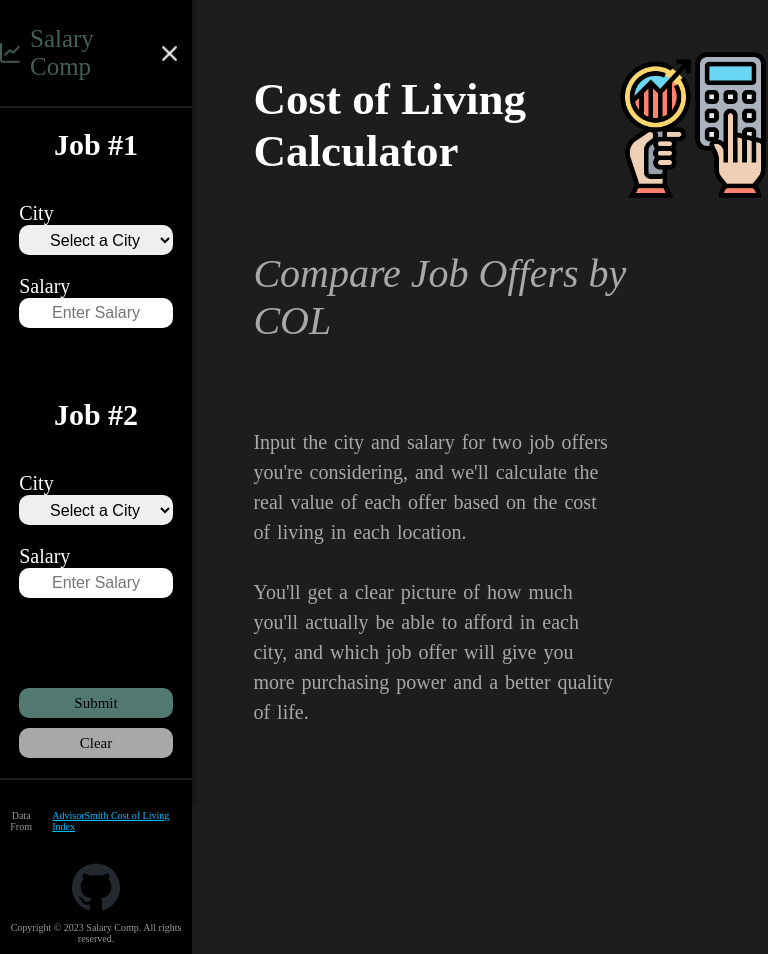
Repository: robbymcd/Salary-Comp
Page: /
These files come from the project's save history. The page is drawn as it stood at one moment and after a run of saves; the edit follows.
The browser window is 768 px wide. The pictures show the whole page.
Some web fonts or font styles are not loaded; a fallback is used. The project was rebuilt for these pictures with package versions that can differ from the ones it lists, and the page was loaded fresh each time. Also part of the build but not shown: src/Main.css, src/Main.js.

Above is the page before, as saved 2023-06-16 11:46:10.

After the next 2 saves:
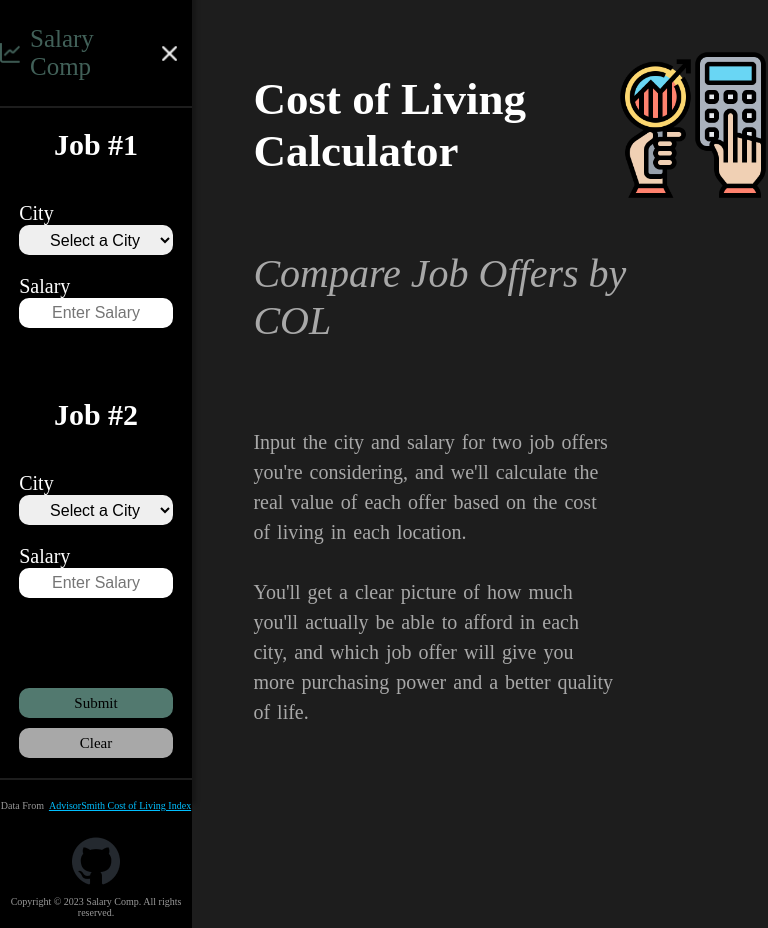
The 2 saves are shown as one change because they came seconds apart.
The last was saved 24 s later.
--- a/src/OpenSidebar.css
+++ b/src/OpenSidebar.css
@@ -200,6 +200,12 @@ input {
     .hiw a {
         font-size: 10px;
     }
+
+    .hiw {
+        margin-top: 10px;
+        margin-bottom: 5px;
+        gap: 5px;
+    }
 }
 
 @media screen and (min-height: 800px) {
